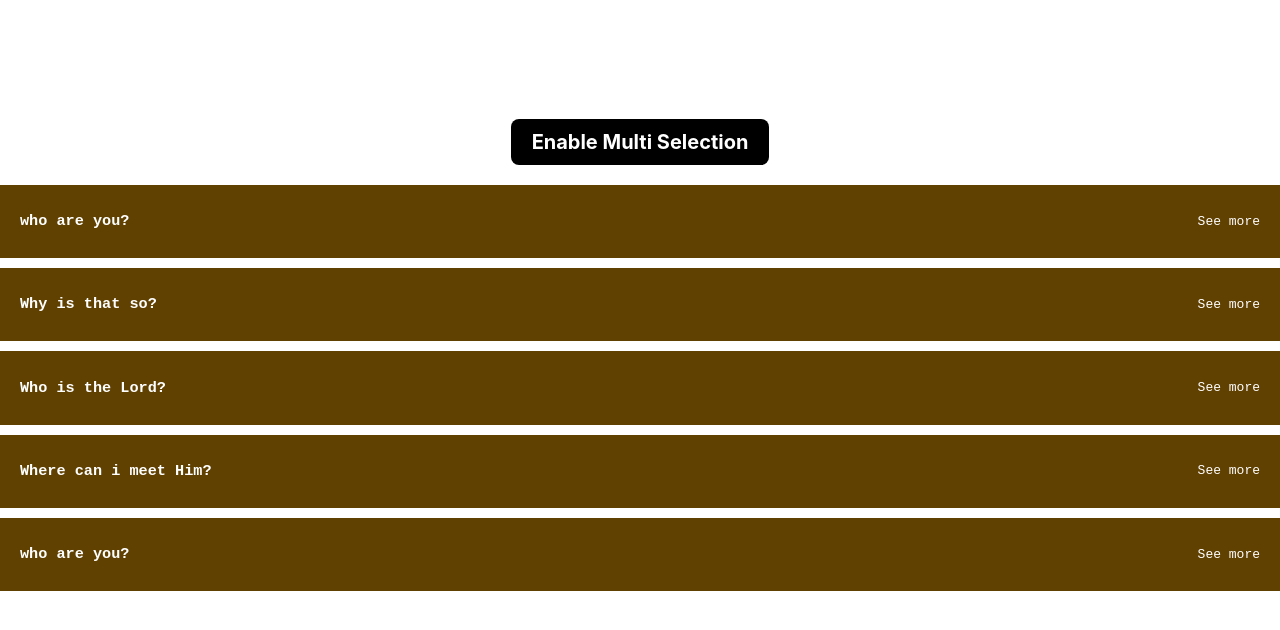
Repository: profbkmurage/reactprojectsBK
Page: /
These files come from the project's save history. The page is drawn as it stood at one moment and after a run of saves; the edit follows.
The browser window is 1280 px wide. The pictures show the whole page.
The project was rebuilt for these pictures with package versions that can differ from the ones it lists, and the page was loaded fresh each time. Also part of the build but not shown: vite.config.js.

Above is the page before, as saved 2025-02-23 09:55:51.

### src/App.jsx
import Accordian from './components/accordian'

function App () {
  return <Accordian />
}
export default App

### src/components/accordian/index.jsx
import { useState } from 'react'
import data from './data.js'
import './style.css'

export default function Accordian () {
    const [selected, setSelected] = useState(null) //keeps track of a sigle selected item
     const [enableMultipleSelection, setEnableMultipleSelection] = useState(false)
    const [multipleSelection, setMultipleSelection] = useState([])//keeps track of multiple selected item.

  function handleSigleSelection (getCurrentId) {
    setSelected(getCurrentId === selected ? null : getCurrentId) //if the current id is already selected, it will not display it twice otherwise it will display it
  }

  function handleMultiSelection (getCurrentId) {
    let copyMultiple = [...multipleSelection]
    const findIndexOfCurrentId = copyMultiple.indexOf(getCurrentId)
    if (findIndexOfCurrentId === -1) copyMultiple.push(getCurrentId)
    else copyMultiple.splice(findIndexOfCurrentId, 1)

    setMultipleSelection(copyMultiple)
  }
//   console.log(selected, multipleSelection)
  return (
    <div className='wrapper'>
      <button
        onClick={() => setEnableMultipleSelection(!enableMultipleSelection)}
      >
        Enable Multi Selection
      </button>
      <div className='accordian'>
        {data && data.length > 0 ? (
          data.map(dataItem => (
            <div key={dataItem.id} className='item'>
              <div
                onClick={
                  enableMultipleSelection
                    ? () => handleMultiSelection(dataItem.id)
                    : () => handleSigleSelection(dataItem.id)
                } //we check to see if the multiselction mode is enabled and use its funtion otherwise we use the single selection mode
                className='title'
              >
                <h3>{dataItem.question}</h3>
                <span>See more</span>
              </div>
              {selected === dataItem.id ||
              multipleSelection.indexOf(dataItem.id) !== -1 ? (
                <div className='content'>{dataItem.answer}</div>
              ) : null}
            </div>
          ))
        ) : (
          <div>No data found</div>
        )}
      </div>
    </div>
  )
}

### src/components/accordian/data.js
const data = [
    {
        id: '1',
        question: 'who are you?',
        answer: 'i am whom the Lord says i am'
    },
    {
        id: '2',
        question: 'Why is that so?',
        answer: 'i am whom the Lord says i am'
    },
    {
        id: '3',
        question: 'Who is the Lord?',
        answer: 'i am whom the Lord says i am'
    },
    {
        id: '4',
        question: 'Where can i meet Him?',
        answer: 'i am whom the Lord says i am'
    },
    {
        id: '5',
        question: 'who are you?',
        answer: 'i am whom the Lord says i am'
    }
];

export default data;

### src/components/accordian/style.css
.wrapper {
    display: flex;
    height: 100vh;
    width: 100vw;
    justify-content: center;
    align-items: center;
    flex-direction: column;
    gap: 20px;
    overflow: hidden;
}

.wrapper button {
    cursor: pointer;
    font-weight: bold;
    font-size: 20px;
    color: white;
    background-color: black;
    padding: 10px 20px;
}

.accordian {
    width: 100vw;
}

.item {
    background: #614101;
    margin-bottom: 10px;
    padding: 10px 20px;
    font-family: monospace;
}

.title {
    color: #fff;
    display: flex;
    justify-content: space-between;
    align-items: center;
    cursor: pointer;
}

.content {
    color: white;
    height: auto;
}

Loaded but not shown: index.html (common file); src/main.jsx (common file); src/index.css (common file)

After the next 2 saves:
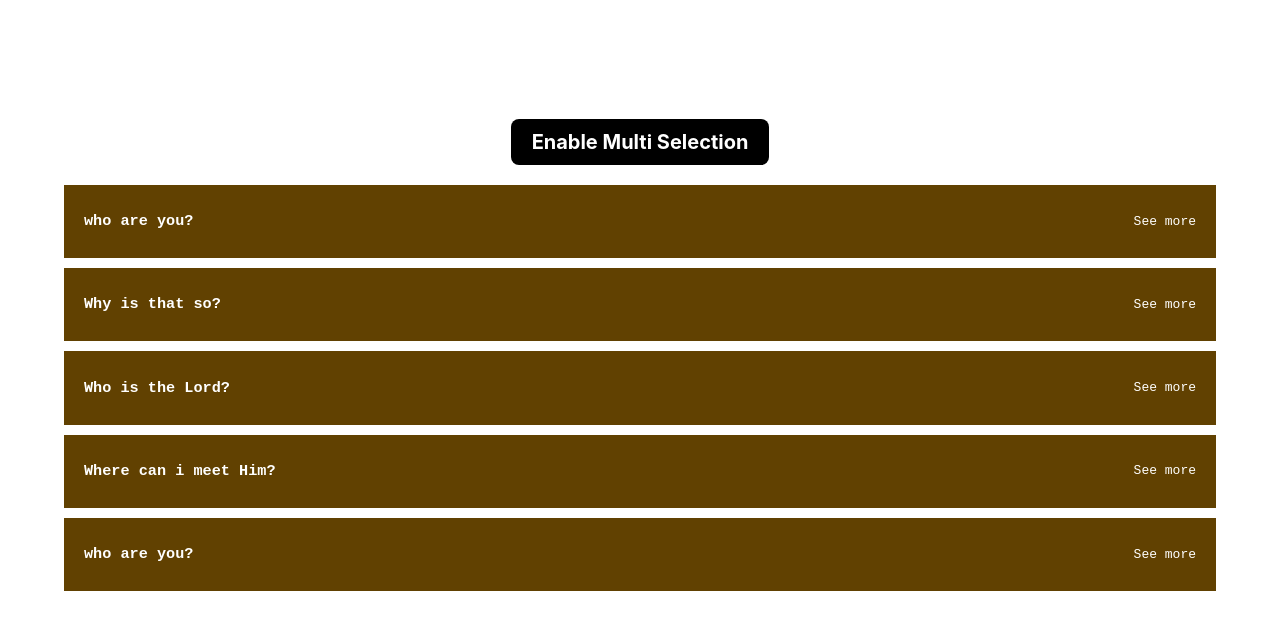
The 2 saves are shown as one change because they came seconds apart.
The last was saved 18 s later.
--- a/src/components/accordian/style.css
+++ b/src/components/accordian/style.css
@@ -19,7 +19,7 @@
 }
 
 .accordian {
-    width: 100vw;
+    width: 90vw;
 }
 
 .item {
